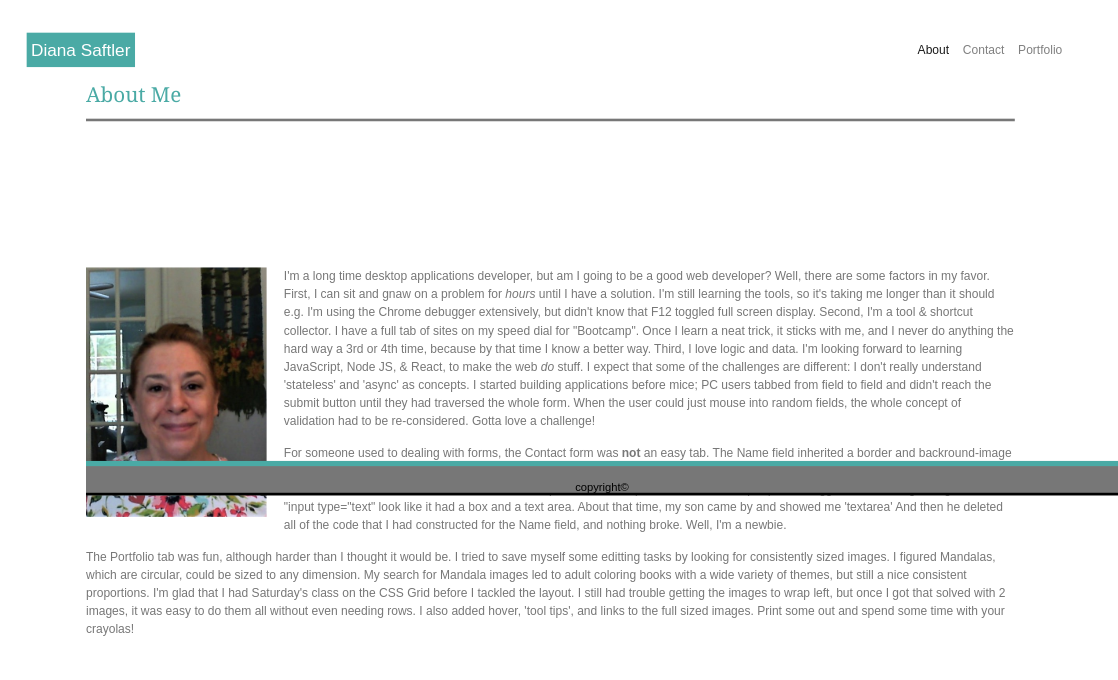
Repository: dsaftler/Bootstrap-Portfolio
Page: index.html
An editor plug-in stored every save of this project. The page is shown before and after the next save, followed by the edit.
The browser window is 1280 px wide. The page is 1300 px wide, then 1280 px, so the pictures cover 1300 px, including what lies to the right of the window. The pictures show the whole page, at 86% of full size.

Above is the page before, as saved 2019-03-20 23:59:10.

### index.html
<!DOCTYPE html>
<html lang="en">
<head>
    <title>Diana Saftler Portfolio</title>


    <meta name="viewport" content="width=device-width, initial-scale=1, shrink-to-fit=no">
    <link rel="stylesheet" href="https://maxcdn.bootstrapcdn.com/bootstrap/4.0.0/css/bootstrap.min.css" integrity="sha384-Gn5384xqQ1aoWXA+058RXPxPg6fy4IWvTNh0E263XmFcJlSAwiGgFAW/dAiS6JXm" crossorigin="anonymous">
    <link rel="stylesheet" href="assets/css/style.css">
    <link rel="icon" href="assets/images/Peony.jpg" type="image/jpg" sizes="16x16">
    <meta charset="UTD-8">
</head>
<body>
    <nav class="navbar navbar-expand-lg navbar-light" >
        <a class="navbar-brand"  style="background-color: #4aaaa5; color: white; padding-right: 5px; padding-left: 5px; margin-left: -15px" href="#"> Diana Saftler </a>
        <button class="navbar-toggler" type="button" data-toggle="collapse" data-target="#navbarSupportedContent" aria-controls="navbarSupportedContent" aria-expanded="false" aria-label="Toggle navigation">
          <span class="navbar-toggler-icon"></span>
        </button>

        <div class="collapse navbar-collapse" id="navbarSupportedContent">
          <ul class="navbar-nav ml-auto">
            <li class="nav-item active">
              <a class="nav-link" href="index.html">About<span class="sr-only">(current)</span></a>
            </li>
            <li class="nav-item">
              <a class="nav-link" href="contact.html">Contact</a>
            </li>
            <li class="nav-item">
                <a class="nav-link"  href="portfolio.html">Portfolio</a>
             </li>
          </ul>
        </div>
      </nav>

    <div class="container">
       <div class="row">
          <div class="col-sm-12">
            <h2>About Me</h2>
          </div>
        </div>
        <div class="row">
          <div class="col-sm-12">
            <img class="image_about" src="assets/images/photo.jpg" alt="in my office">
            <p>I'm a long time desktop applications developer, but am I going to be a good web developer?  Well, there are some factors in my favor.  First, I can sit and gnaw on a problem for <em>hours</em> until I have a solution.  I'm still learning the tools, so it's taking me longer than it should e.g. I'm using the Chrome debugger extensively, but didn't know that F12 toggled full screen display. Second, I'm a tool & shortcut collector.  I have a full tab of sites on my speed dial for "Bootcamp".  Once I learn a neat trick, it sticks with me, and I never do anything the hard way a 3rd or 4th time, because by that time I know a better way.  Third, I love logic and data.  I'm looking forward to learning JavaScript, Node JS, & React, to make the web <em>do</em> stuff.  I expect that some of the challenges are different: I don't really understand 'stateless' and 'async' as concepts.  I started building applications before mice;  PC users tabbed from field to field and didn't reach the submit button until they had traversed the whole form.  When the user could just mouse into random fields, the whole concept of validation had to be re-considered. Gotta love a challenge!
            </p>
            <p>For someone used to dealing with forms, the Contact form was <strong>not</strong> an easy tab. The Name field inherited a border and backround-image from "element.style" that I could NOT override. The Email field didn't, so the form looked half baked.  I finally ended up with "!important", but at least it <em>looked</em> OK.  Then I couldn't find an input for textarea (at least not under "input") and struggled with making a single line "input type="text" look like it had a box and a text area.  About that time, my son came by and showed me 'textarea'  And then he deleted all of the code that I had constructed for the Name field, and nothing broke. Well, I'm a newbie. </p>
            <p>The Portfolio tab was fun, although harder than I thought it would be.  I tried to save myself some editting tasks by looking for consistently sized images.  I figured Mandalas, which are circular, could be sized to any dimension.  My search for Mandala images led to adult coloring books with a wide variety of themes, but still a nice consistent proportions. I'm glad that I had Saturday's class on the CSS Grid before I tackled the layout.  I still had trouble getting the images to wrap left, but once I got that solved  with 2 images, it was easy to do them all without even needing rows.  I also added hover, 'tool tips', and links to the full sized images.  Print some out and spend some time with your crayolas!</p>
        </div>
      </div>
      <div class="row">
          <div class="col-sm-12">
              <footer>copyright&copy</footer>
          </div>
      </div>
    </div>

</body>
</html>

### Assets/CSS/style.css
* {
    box-sizing: border-box;
}

body {
    font-size: 14px;
    font-family: Arial, "Helvetica Neue", Helvetica, sans-serif;
    background-color: #ffffff;
    padding: 30px;
    color:  #777777;

}
header{
    left: 80px;
    background-color: #ffffff;
    height: 25px;
    width: 1200px;
}
footer {
    color: black;
    font-size: small;
    text-align: center;
    padding: 15px;
    clear: both;
    background-color: #777777;
    height: 40px;
    width: 1200px;
    border-style: solid;
    border-top-color: #4aaaa5;
    border-top-width: 6px;
    border-left-width: 0;
    border-right-width: 0;
}
p {
    padding: 0 0 10 0;
}

.bg-pattern {
    clear: both;
  /* margin-top: 40px; */
  padding: 50px;
  padding-top: 5px;
  /* background-color: #b1f3f3;  */
  height: 650px;
  width: 1200px;

  background-image: url("../images/circles-light.png");
  border-style: solid;
  border-top-color: #999a9b;
  border-top-width: 2px;
  border-left-width: 0;
  border-right-width: 0;
  border-bottom-color: #4aaaa5;
  border-bottom-width: 6px;

}

.center-panel {
    clear: both;
    display: inline-block;
    /* position: absolute; */
    top: 150px;
    right: 0;
    bottom: 0;
    left: 0;
    margin-left: 75px;
    margin-top: 20px;
    width: 960px;
    height: 535px;
    background-color: #ffffff;
    padding: 25px;
    overflow: auto;
    z-index: 1;

}

ul {
    list-style-type: none;
    margin: 0;
    padding: 0;
}

li a {
    display: block;
    width: 60 px;
}



ul {
    list-style-type: none;
    margin: 0;
    padding: 0;
    float: right;
    width: 175px;
}

li { display: inline-block; }

li a {
    color: #777777;
    text-decoration: none;
    padding: 5px;
}

li a:hover {
    background-color: #4aaaa5;
    color: white;

}
h1, h2 {font-family: Georgia, Times, "Times New Roman", serif;}
h1 {
    float: left;
    box-shadow: 10px 0px 0px 0px #4aaaa5, -10px 0px 0px 0px #4aaaa5;

    height: 65px;
    /* width: 200px; */

    top: 0;
    margin: 0;
    margin-left: 135px;

    background-color: #4aaaa5;
    color: white;
    font-size: 30px;
    text-align: center;
    padding: 10px 0;
    /* padding: 10px; */
}

h2 {
    font-size: 24px;
    margin-top: 10px;
    color: #4aaaa5;
    padding-bottom: 13px;
    border-bottom: 3px solid #777777;
}
h4 { margin: 3px}


.image_about {
    float: left;
    padding-right: 20px;
    padding-bottom: 20px;
    width: 230px;
    height: 310px;
}

input[type="text"] {
    width : 450px;
    margin: 0;
    padding: 2px;
    padding-left: 10px;
    -webkit-box-sizing: border-box; /* For legacy WebKit based browsers */
       -moz-box-sizing: border-box; /* For legacy (Firefox <29) Gecko based browsers */
            box-sizing: border-box;
}

.textbox {
    border:1px solid  #777777;
    padding: 10px;
    width: 650;
    height: 175px;
    font-size: 13.33px;
    font-family: Arial, Helvetica, sans-serif;
}
.submit {
    display: block;
    width: 60px;
    height: 29px;
    background-color: #4aaaa5;
    color: #ffffff;
    font-weight: bold;
}
.portfolio {
    max-width:100%;
    max-height: 100%
   }
.content {
    padding: 6px;
    float: left;
}

.row {
    margin: 0;
    height: 225px;
}
.row,
.row > .column {
    padding: 5 px;
}
.col {
   float:left;
    height: 225px;
     width: 25%;
     margin: 0;
}
.row:after {
    content: "";
    display: table;
    clear: both;
}
.gallery {
    border: 2px solid #4aaaa5;
    padding: 10px;
    height: 200px;
    width: 200px;
}
.gallery:hover {
    border-color: #06faee;
}
.box {
    height:150px;
    border: solid;
    border-width: 1px;

}
/* portfolio page */

.work {
    position: relative;
    float: left;
    width: 274px;
    margin: 20px 0 25px;
    overflow: auto;
  }

  .work:nth-child(even) {
    margin-right: 40px;
  }

  .work img {
    width: 100%;
    border: 0 none;
    opacity: 0.8;
  }

  .work h3 {
    position: absolute;
    bottom: 20px;
    width: 100%;
    padding: 15px;
    margin-bottom: 0;
    font-weight: 300;
    line-height: 30px;
    color: #ffffff;
    text-align: center;
    background: #4aaaa5;
    border-bottom: 0;
  }

  .auth-image {
    float: left;
    width: 200px;
    height: auto;
    margin-top: 10px;
    margin-right: 25px;
  }
  #masthead {
    position: fixed;
    z-index: 99;
    width: 100%;
    margin: 0 0 30px;
    overflow: auto;
    color: #ffffff;
    background: #ffffff;
    border-bottom: 2px solid #cccccc;
  }

  #logo {
    float: left;
    width: 250px;
    height: 90px;
    font-family: Georgia, Times, "Times New Roman", serif;
    font-size: 30px;
    font-weight: 700;
    line-height: 90px;
    color: #ffffff;
    text-align: center;
    text-decoration: none;
    background: #4aaaa5;
  }
  #main-container {
    padding-top: 130px;
    min-height: calc(100vh - 70px);
  }

  .main-section {
    float: left;
    width: 100%;
    max-width: 960px;
    padding: 30px;
    margin: 0 0 40px;
    background: #ffffff;
    border: 1px solid #dddddd;
  }

After the next save:
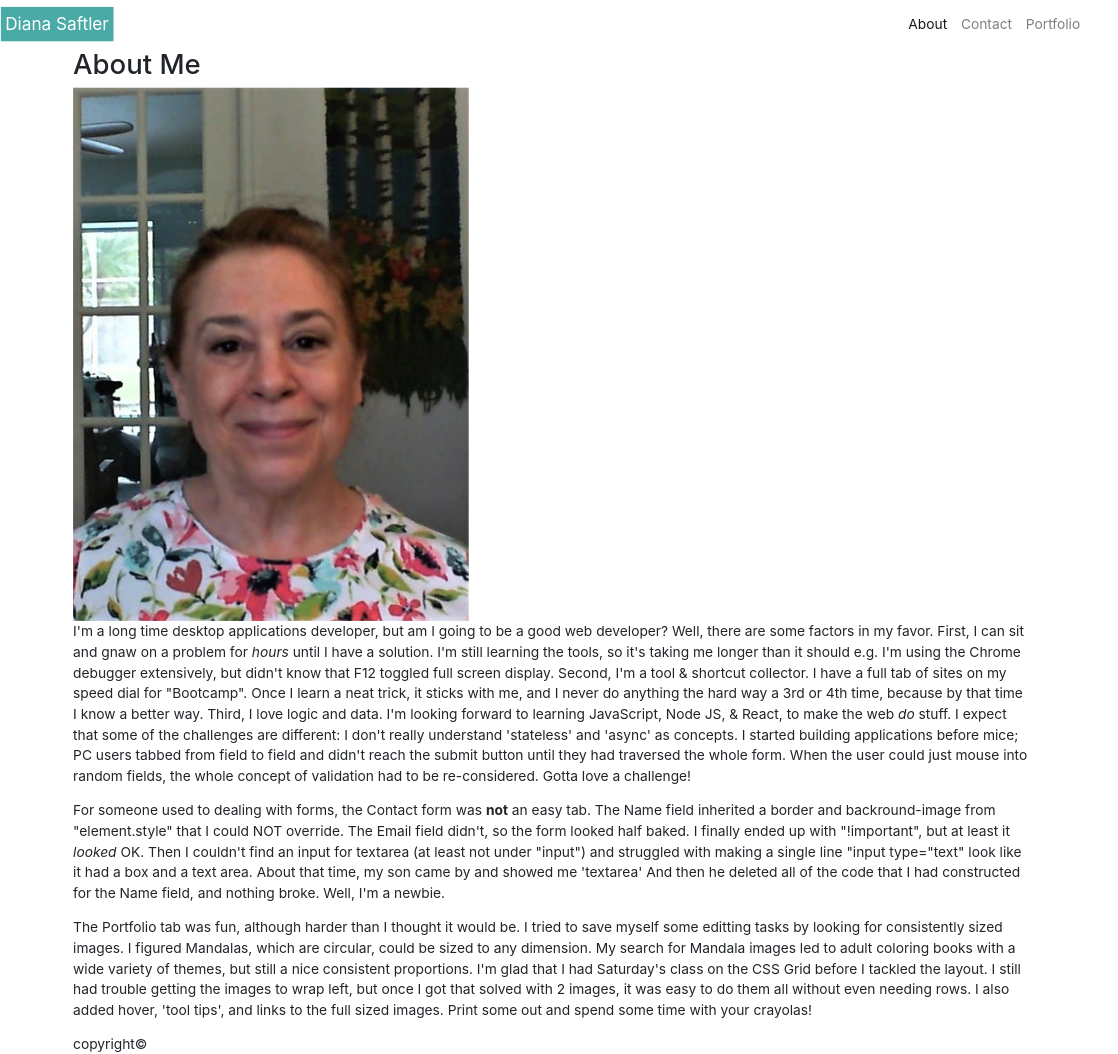
Saved 25 s later.
--- a/index.html
+++ b/index.html
@@ -6,7 +6,7 @@
 
     <meta name="viewport" content="width=device-width, initial-scale=1, shrink-to-fit=no">
     <link rel="stylesheet" href="https://maxcdn.bootstrapcdn.com/bootstrap/4.0.0/css/bootstrap.min.css" integrity="sha384-Gn5384xqQ1aoWXA+058RXPxPg6fy4IWvTNh0E263XmFcJlSAwiGgFAW/dAiS6JXm" crossorigin="anonymous">
-    <link rel="stylesheet" href="assets/css/style.css">
+
     <link rel="icon" href="assets/images/Peony.jpg" type="image/jpg" sizes="16x16">
     <meta charset="UTD-8">
 </head>
